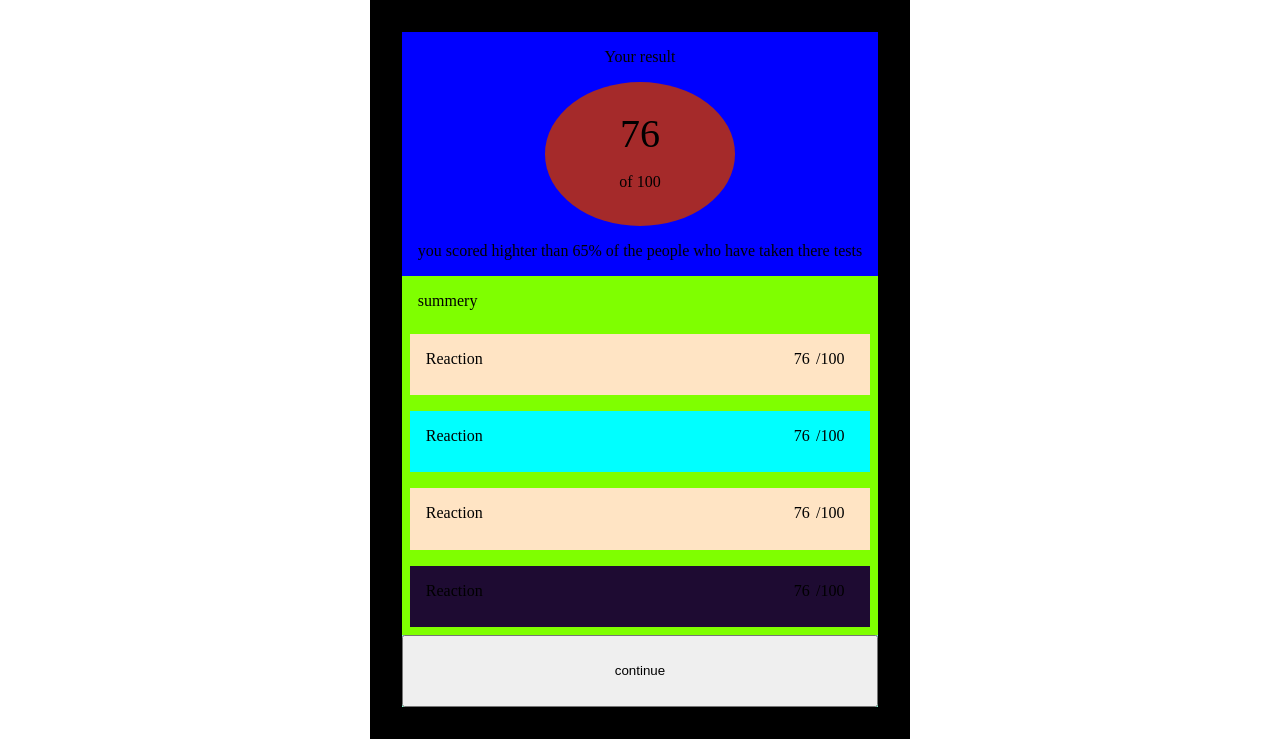
Repository: rahanwz/Card2-raha
Page: card2.html
An editor plug-in stored every save of this project. The page is shown before and after a run of saves, followed by the edit.
The browser window is 1280 px wide. The pictures show the whole page.

Above is the page before, as saved 2024-02-20 16:38:14.

After the next 2 saves:
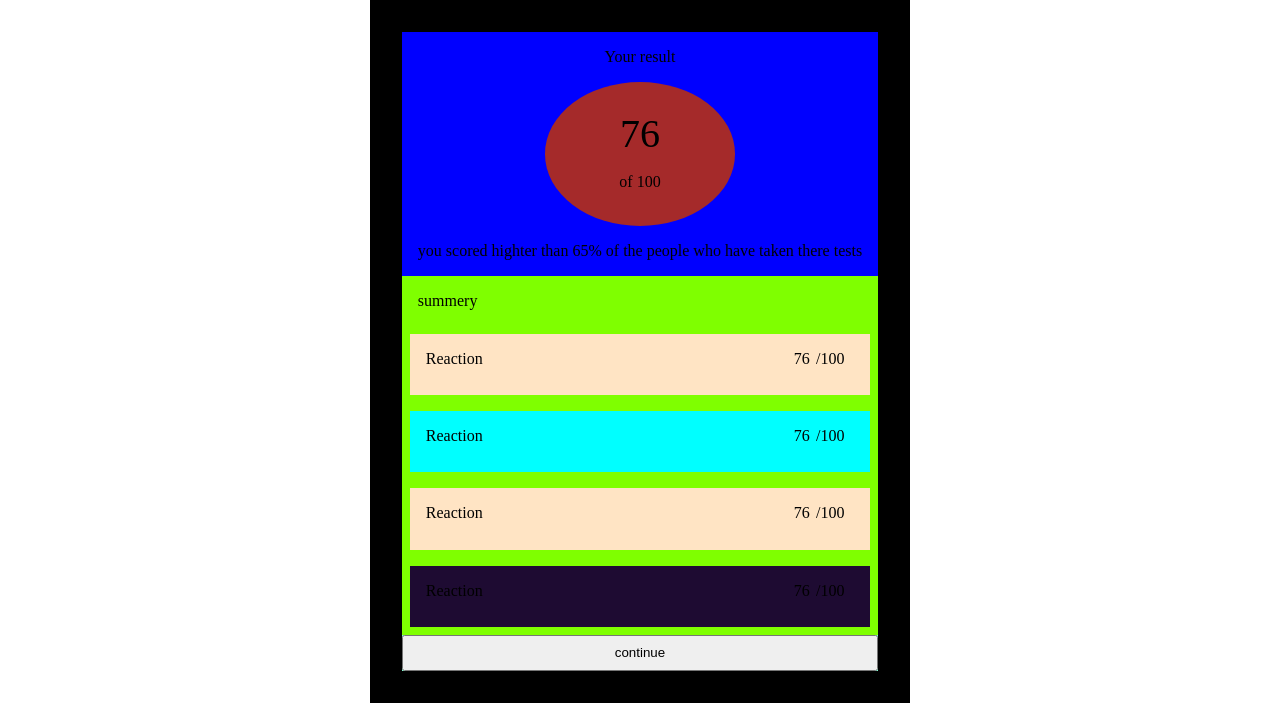
The 2 saves are shown as one change because they came seconds apart.
The last was saved 14 s later.
--- a/card2.css
+++ b/card2.css
@@ -86,7 +86,7 @@ body {
 
 button{
   width: 100%;
-height:10vh;
+height:5vh;
 }
 
 .box{
